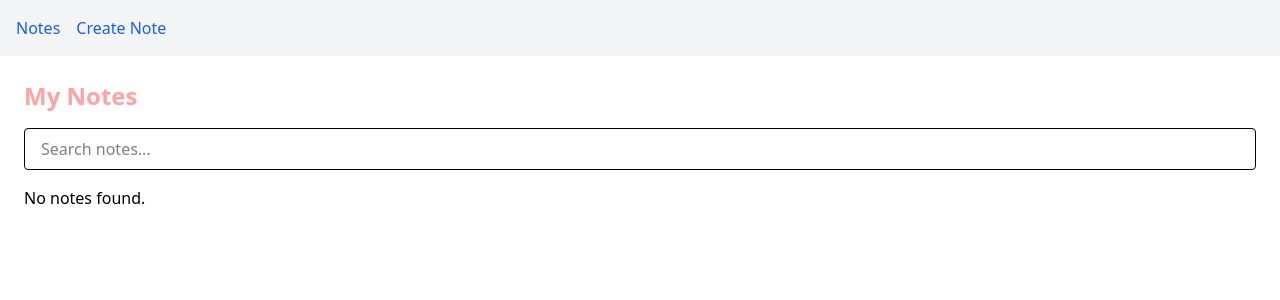
Repository: pin-seavmuy/NoteApplication
Page: / (app in note-vue/)
These files come from the project's save history. The page is drawn as it stood at one moment and after the next save; the edit follows.
The browser window is 1280 px wide. The pictures show the whole page.
The page's requests for data from a server got no answer. The project was rebuilt for these pictures with package versions that can differ from the ones it lists, and the page was loaded fresh each time. No one was signed in, and anything a server would have sent is missing. Also part of the build but not shown: note-vue/vite.config.ts, note-vue/src/components/CreateNote.vue.

Above is the page before, as saved 2025-09-16 07:26:13.

### note-vue/src/main.ts
// import { createApp } from 'vue'
// import './style.css'
// import App from './App.vue'

// createApp(App).mount('#app')


import { createApp } from 'vue'
import App from './App.vue'
import router from './router'
import './style.css'

const app = createApp(App)
app.use(router)
app.mount('#app')

### note-vue/src/App.vue
<script setup lang="ts">
  import HelloWorld from './components/HelloWorld.vue'
  import NotesList from './components/NotesList.vue'
</script>

<!-- <template>
  <div>
    <HelloWorld msg="Vite + Vue" />
    <NotesList />
  </div>
</template> -->

<template>
  <div>
    <nav class="p-4 bg-gray-100 flex space-x-4">
      <router-link to="/" class="text-blue-600 hover:underline">Notes</router-link>
      <router-link to="/create" class="text-blue-600 hover:underline">Create Note</router-link>
    </nav>

    <router-view />
  </div>
</template>

<style scoped>
</style>

### note-vue/src/router/index.ts
import { createRouter, createWebHistory } from 'vue-router'

import NotesList from '../components/NotesList.vue'
import CreateNote from '../components/CreateNote.vue'

const routes = [
  {
    path: '/',
    name: 'NotesList',
    component: NotesList,
  },
  {
    path: '/create',
    name: 'CreateNote',
    component: CreateNote,
  },
]

const router = createRouter({
  history: createWebHistory(),
  routes,
})

export default router

### note-vue/src/components/NotesList.vue
<template>
  <div class="p-6">
    <h1 class="text-2xl text-red-300 font-bold mb-4">My Notes</h1>

    <input
      v-model="search"
      type="text"
      placeholder="Search notes..."
      class="px-4 py-2 border rounded w-full mb-4"
    />

    <div v-if="loading">Loading...</div>
    <div v-else-if="filteredNotes.length === 0">No notes found.</div>

    <div v-else class="space-y-4">
      <div
        v-for="note in filteredNotes"
        :key="note.id"
        class="p-4 border rounded shadow hover:bg-gray-50 cursor-pointer"
      >
        <h2 class="font-semibold">{{ note.title }}</h2>
        <p class="text-sm text-gray-500">{{ formatDate(note.createdAt) }}</p>
        <p class="mt-2 text-gray-700">{{ note.content }}</p>
      </div>
    </div>
  </div>
</template>

<script setup lang="ts">
import { ref, computed, onMounted } from 'vue'
import api from '../api/axios'

interface Note {
  id: number
  title: string
  content: string | null
  createdAt: string
}

const notes = ref<Note[]>([])
const loading = ref(false)
const search = ref('')

async function fetchNotes() {
  loading.value = true
  try {
    const res = await api.get('/Notes')
    console.log('Fetched notes:', res.data)
    notes.value = res.data as Note[]
  } catch (error) {
    console.error('Error fetching notes:', error)
  } finally {
    loading.value = false
  }
}

const filteredNotes = computed(() =>
  notes.value.filter(note =>
    note.title.toLowerCase().includes(search.value.toLowerCase())
  )
)

function formatDate(dateStr: string) {
  return new Date(dateStr).toLocaleString()
}

onMounted(fetchNotes)
</script>

### note-vue/src/api/axios.ts
import axios from 'axios'

const api = axios.create({
  baseURL: 'http://localhost:5258/api',
})

export default api;

Loaded but not shown: note-vue/index.html (common file); note-vue/src/style.css (common file)

After the next save:
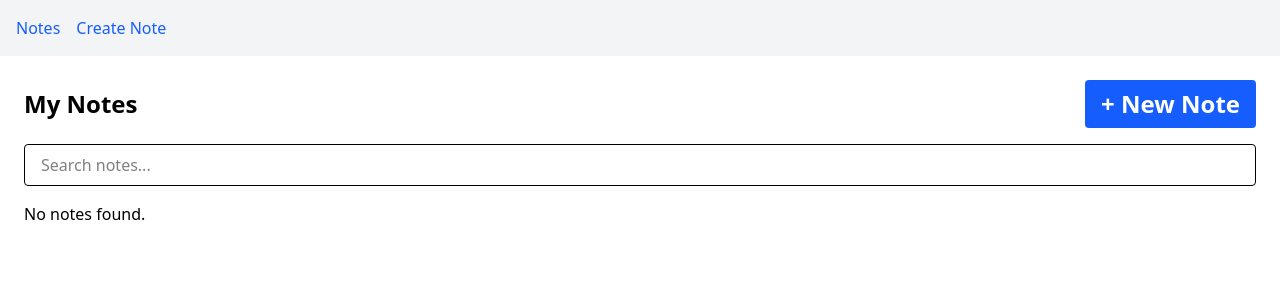
Saved 2 min 14 s later.
--- a/note-vue/src/components/NotesList.vue
+++ b/note-vue/src/components/NotesList.vue
@@ -1,7 +1,16 @@
 <template>
   <div class="p-6">
-    <h1 class="text-2xl text-red-300 font-bold mb-4">My Notes</h1>
+    <h1 class="text-2xl font-bold mb-4 flex justify-between items-center">
+      My Notes
+      <button
+        @click="showModal = true"
+        class="bg-blue-600 text-white px-4 py-2 rounded hover:bg-blue-700"
+      >
+        + New Note
+      </button>
+    </h1>
 
+    <!-- Search input and notes list remain unchanged -->
     <input
       v-model="search"
       type="text"
@@ -23,10 +32,73 @@
         <p class="mt-2 text-gray-700">{{ note.content }}</p>
       </div>
     </div>
+
+    <!-- Modal Overlay -->
+    <div
+      v-if="showModal"
+      class="fixed inset-0 bg-black bg-opacity-50 flex justify-center items-center z-50"
+    >
+      <!-- Modal content -->
+      <div class="bg-white rounded-lg p-6 w-full max-w-md shadow-lg relative">
+        <button
+          @click="closeModal"
+          class="absolute top-2 right-2 text-gray-600 hover:text-gray-900 text-xl font-bold"
+          aria-label="Close modal"
+        >
+          &times;
+        </button>
+
+        <h2 class="text-xl font-bold mb-4">Create New Note</h2>
+
+        <form @submit.prevent="handleCreateNote" class="space-y-4">
+          <div>
+            <label for="title" class="block mb-1 font-semibold">Title</label>
+            <input
+              id="title"
+              v-model="newTitle"
+              type="text"
+              required
+              placeholder="Note title"
+              class="w-full px-4 py-2 border rounded"
+            />
+          </div>
+
+          <div>
+            <label for="content" class="block mb-1 font-semibold">Content</label>
+            <textarea
+              id="content"
+              v-model="newContent"
+              rows="4"
+              placeholder="Write your note here..."
+              class="w-full px-4 py-2 border rounded resize-none"
+            ></textarea>
+          </div>
+
+          <div class="flex justify-end space-x-2">
+            <button
+              type="button"
+              @click="closeModal"
+              class="px-4 py-2 border rounded hover:bg-gray-100"
+            >
+              Cancel
+            </button>
+            <button
+              type="submit"
+              :disabled="loadingCreate"
+              class="bg-blue-600 text-white px-6 py-2 rounded hover:bg-blue-700 disabled:opacity-50"
+            >
+              {{ loadingCreate ? 'Saving...' : 'Create' }}
+            </button>
+          </div>
+
+          <p v-if="errorCreate" class="mt-2 text-red-600">{{ errorCreate }}</p>
+        </form>
+      </div>
+    </div>
   </div>
 </template>
 
-<script setup lang="ts">
+<script lang="ts" setup>
 import { ref, computed, onMounted } from 'vue'
 import api from '../api/axios'
 
@@ -41,11 +113,16 @@
 const loading = ref(false)
 const search = ref('')
 
+const showModal = ref(false)
+const newTitle = ref('')
+const newContent = ref('')
+const loadingCreate = ref(false)
+const errorCreate = ref('')
+
 async function fetchNotes() {
   loading.value = true
   try {
     const res = await api.get('/Notes')
-    console.log('Fetched notes:', res.data)
     notes.value = res.data as Note[]
   } catch (error) {
     console.error('Error fetching notes:', error)
@@ -64,5 +141,36 @@
   return new Date(dateStr).toLocaleString()
 }
 
+function closeModal() {
+  showModal.value = false
+  newTitle.value = ''
+  newContent.value = ''
+  errorCreate.value = ''
+}
+
+async function handleCreateNote() {
+  if (!newTitle.value.trim()) {
+    errorCreate.value = 'Title is required.'
+    return
+  }
+
+  loadingCreate.value = true
+  errorCreate.value = ''
+
+  try {
+    await api.post('/Notes', {
+      title: newTitle.value,
+      content: newContent.value || null,
+    })
+    closeModal()
+    fetchNotes() // Refresh list after create
+  } catch (err) {
+    errorCreate.value = 'Failed to create note. Please try again.'
+    console.error(err)
+  } finally {
+    loadingCreate.value = false
+  }
+}
+
 onMounted(fetchNotes)
 </script>

After the 3 saves that followed:
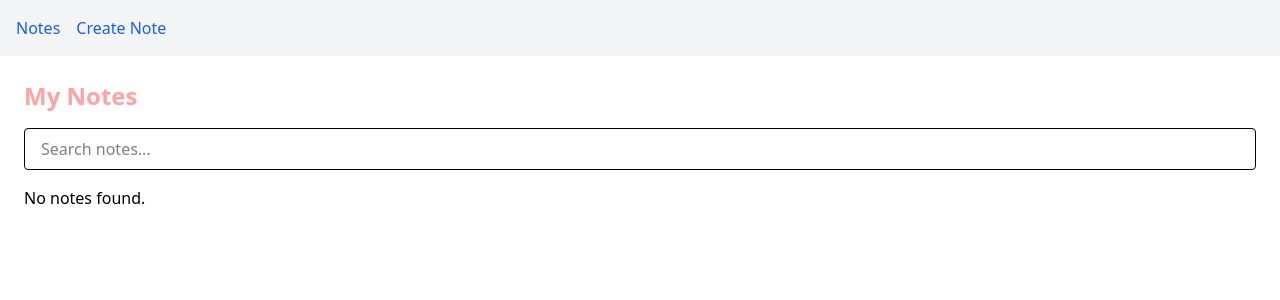
The 3 saves are shown as one change because 1 left the picture as it was and some came seconds apart.
The last was saved 2 min 33 s later.
--- a/note-vue/src/components/NotesList.vue
+++ b/note-vue/src/components/NotesList.vue
@@ -1,16 +1,7 @@
 <template>
   <div class="p-6">
-    <h1 class="text-2xl font-bold mb-4 flex justify-between items-center">
-      My Notes
-      <button
-        @click="showModal = true"
-        class="bg-blue-600 text-white px-4 py-2 rounded hover:bg-blue-700"
-      >
-        + New Note
-      </button>
-    </h1>
+    <h1 class="text-2xl text-red-300 font-bold mb-4">My Notes</h1>
 
-    <!-- Search input and notes list remain unchanged -->
     <input
       v-model="search"
       type="text"
@@ -32,73 +23,10 @@
         <p class="mt-2 text-gray-700">{{ note.content }}</p>
       </div>
     </div>
-
-    <!-- Modal Overlay -->
-    <div
-      v-if="showModal"
-      class="fixed inset-0 bg-black bg-opacity-50 flex justify-center items-center z-50"
-    >
-      <!-- Modal content -->
-      <div class="bg-white rounded-lg p-6 w-full max-w-md shadow-lg relative">
-        <button
-          @click="closeModal"
-          class="absolute top-2 right-2 text-gray-600 hover:text-gray-900 text-xl font-bold"
-          aria-label="Close modal"
-        >
-          &times;
-        </button>
-
-        <h2 class="text-xl font-bold mb-4">Create New Note</h2>
-
-        <form @submit.prevent="handleCreateNote" class="space-y-4">
-          <div>
-            <label for="title" class="block mb-1 font-semibold">Title</label>
-            <input
-              id="title"
-              v-model="newTitle"
-              type="text"
-              required
-              placeholder="Note title"
-              class="w-full px-4 py-2 border rounded"
-            />
-          </div>
-
-          <div>
-            <label for="content" class="block mb-1 font-semibold">Content</label>
-            <textarea
-              id="content"
-              v-model="newContent"
-              rows="4"
-              placeholder="Write your note here..."
-              class="w-full px-4 py-2 border rounded resize-none"
-            ></textarea>
-          </div>
-
-          <div class="flex justify-end space-x-2">
-            <button
-              type="button"
-              @click="closeModal"
-              class="px-4 py-2 border rounded hover:bg-gray-100"
-            >
-              Cancel
-            </button>
-            <button
-              type="submit"
-              :disabled="loadingCreate"
-              class="bg-blue-600 text-white px-6 py-2 rounded hover:bg-blue-700 disabled:opacity-50"
-            >
-              {{ loadingCreate ? 'Saving...' : 'Create' }}
-            </button>
-          </div>
-
-          <p v-if="errorCreate" class="mt-2 text-red-600">{{ errorCreate }}</p>
-        </form>
-      </div>
-    </div>
   </div>
 </template>
 
-<script lang="ts" setup>
+<script setup lang="ts">
 import { ref, computed, onMounted } from 'vue'
 import api from '../api/axios'
 
@@ -113,16 +41,11 @@
 const loading = ref(false)
 const search = ref('')
 
-const showModal = ref(false)
-const newTitle = ref('')
-const newContent = ref('')
-const loadingCreate = ref(false)
-const errorCreate = ref('')
-
 async function fetchNotes() {
   loading.value = true
   try {
     const res = await api.get('/Notes')
+    console.log('Fetched notes:', res.data)
     notes.value = res.data as Note[]
   } catch (error) {
     console.error('Error fetching notes:', error)
@@ -141,36 +64,5 @@
   return new Date(dateStr).toLocaleString()
 }
 
-function closeModal() {
-  showModal.value = false
-  newTitle.value = ''
-  newContent.value = ''
-  errorCreate.value = ''
-}
-
-async function handleCreateNote() {
-  if (!newTitle.value.trim()) {
-    errorCreate.value = 'Title is required.'
-    return
-  }
-
-  loadingCreate.value = true
-  errorCreate.value = ''
-
-  try {
-    await api.post('/Notes', {
-      title: newTitle.value,
-      content: newContent.value || null,
-    })
-    closeModal()
-    fetchNotes() // Refresh list after create
-  } catch (err) {
-    errorCreate.value = 'Failed to create note. Please try again.'
-    console.error(err)
-  } finally {
-    loadingCreate.value = false
-  }
-}
-
 onMounted(fetchNotes)
 </script>
